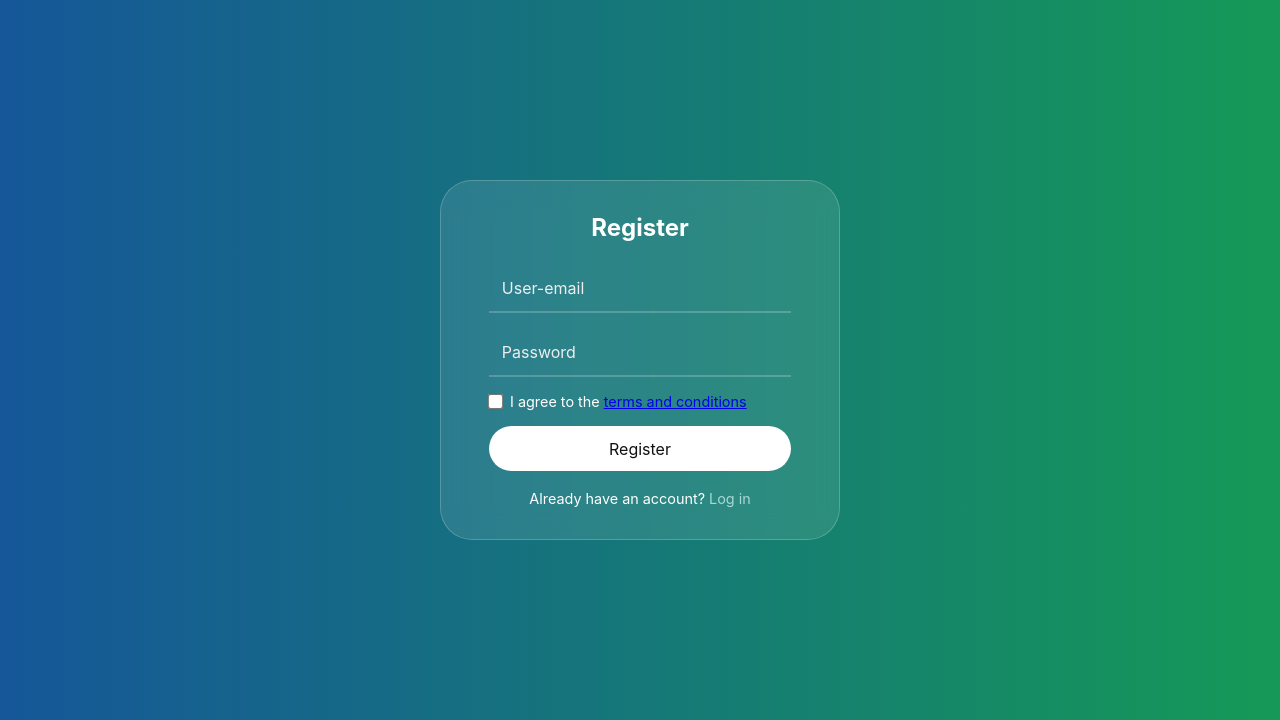
Repository: aakanksha4a/HoneySecure
Page: http://localhost/HoneySecure/reg.jsp
An editor plug-in stored every save of this project. The page is shown before and after the next save, followed by the edit.
The browser window is 1280 px wide. The pictures show the whole page.
Some web fonts or font styles are not loaded; a fallback is used. The page is served by Tomcat 10.

Above is the page before, as saved 2025-04-25 17:24:53.

After the next save:
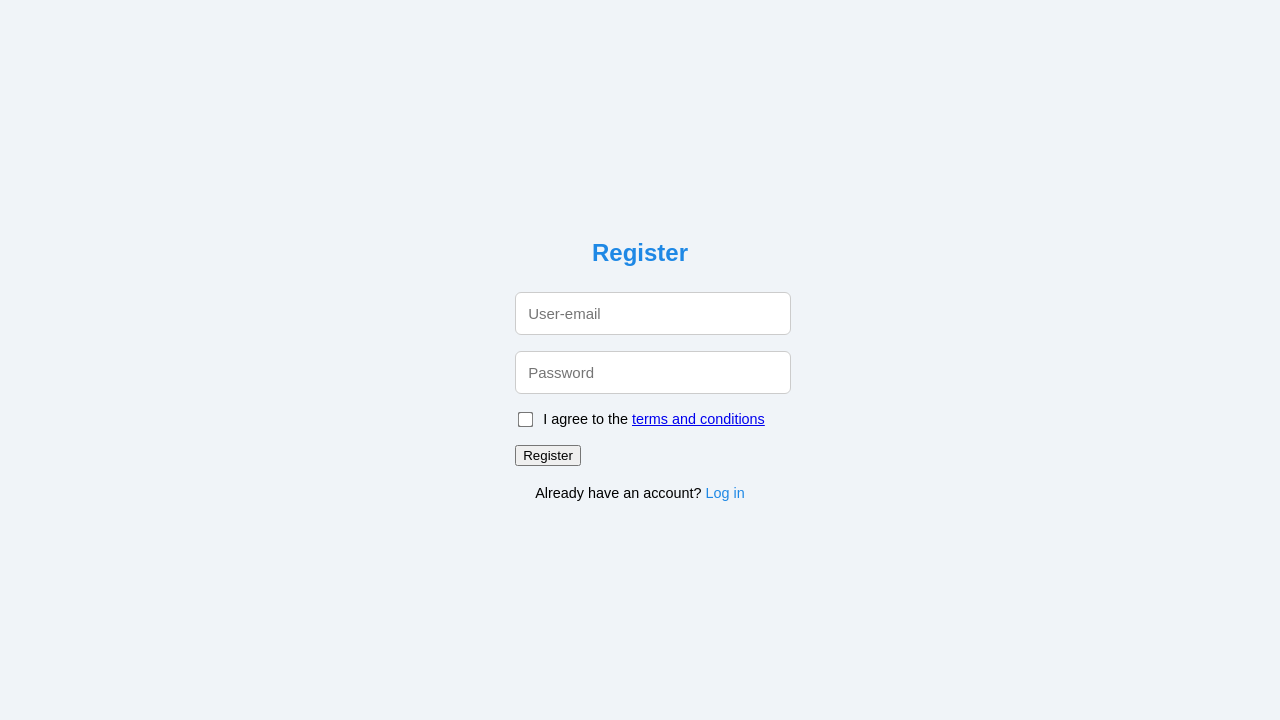
Saved 3 min 10 s later.
--- a/HoneySecure/src/main/webapp/reg.jsp
+++ b/HoneySecure/src/main/webapp/reg.jsp
@@ -6,46 +6,36 @@
   <meta charset="UTF-8" />
   <meta name="viewport" content="width=device-width, initial-scale=1.0"/>
   <title>Register</title>
+  <link href="https://fonts.googleapis.com/css2?family=Rajdhani:wght@500&display=swap" rel="stylesheet">
   <style>
-    :root {
-      --clr-bg: linear-gradient(to right, #155799, #159957);
-      --clr-container: rgba(255, 255, 255, 0.1);
-      --clr-border: rgba(255, 255, 255, 0.2);
-      --clr-text: #fff;
-      --clr-placeholder: #eee;
-      --clr-btn: #fff;
-      --clr-btn-text: #111;
-      --clr-btn-hover: #fff;
+    body {
+      margin: 0;
+      padding: 0;
+      font-family: 'Rajdhani', sans-serif;
+      background: #f0f4f8;
+      height: 100vh;
+      display: flex;
+      justify-content: center;
+      align-items: center;
+      animation: fadeIn 0.6s ease-in;
+      position: relative;
     }
 
-    * {
-      margin: 0;
-      padding: 0;
-      box-sizing: border-box;
-      font-family: "Inter", sans-serif;
-    }
-
-    body {
-      background: var(--clr-bg);
-      min-height: 100vh;
-      display: flex;
-      align-items: center;
-      justify-content: center;
-      color: var(--clr-text);
-    }
-
-    .register-box {
-      background: var(--clr-container);
-      border: 1px solid var(--clr-border);
-      backdrop-filter: blur(15px);
-      border-radius: 2rem;
-      padding: 2rem 3rem;
-      width: min(90%, 400px);
+    .container {
+      background-color: #ffffff;
+      padding: 40px 35px;
+      border-radius: 14px;
+      border: 1px solid #d0d7de;
+      box-shadow: 0 8px 25px rgba(0, 0, 0, 0.1);
+      width: 400px;
+      animation: slideUp 0.5s ease-out;
     }
 
     h2 {
       text-align: center;
-      margin-bottom: 1.5rem;
+      margin-bottom: 25px;
+      color: #1e88e5;
+      font-size: 24px;
     }
 
     .form-group {
@@ -56,17 +46,17 @@
     input[type="email"],
     input[type="password"] {
       width: 100%;
-      padding: 0.8rem;
-      border: none;
-      border-bottom: 2px solid var(--clr-border);
-      background: transparent;
-      color: var(--clr-text);
-      font-size: 1rem;
-      outline: none;
+      padding: 12px;
+      border: 1px solid #ccc;
+      border-radius: 6px;
+      font-size: 15px;
+      transition: 0.3s;
     }
 
-    input::placeholder {
-      color: var(--clr-placeholder);
+    input:focus {
+      border-color: #1e88e5;
+      box-shadow: 0 0 8px rgba(30, 136, 229, 0.2);
+      outline: none;
     }
 
     .form-check {
@@ -81,22 +71,23 @@
       transform: scale(1.2);
     }
 
-    .btn-submit {
-      background: var(--clr-btn);
-      color: var(--clr-btn-text);
-      padding: 0.8rem;
+    input[type="submit"] {
       width: 100%;
+      padding: 12px;
+      background-color: #1e88e5;
+      color: white;
       border: none;
-      border-radius: 30px;
-      font-size: 1rem;
+      border-radius: 25px;
+      font-size: 16px;
+      font-weight: bold;
       cursor: pointer;
-      transition: 0.3s ease;
+      transition: background-color 0.3s ease, transform 0.2s ease;
+      margin-top: 5px;
     }
 
-    .btn-submit:hover {
-      background: transparent;
-      color: var(--clr-btn-hover);
-      border: 2px solid var(--clr-btn-hover);
+    input[type="submit"]:hover {
+      background-color: #1565c0;
+      transform: scale(1.04);
     }
 
     .form-footer {
@@ -106,12 +97,23 @@
     }
 
     .form-footer a {
-      color: #aad8d3;
+      color: #1e88e5;
       text-decoration: none;
     }
 
     .form-footer a:hover {
+      color: #0d47a1;
       text-decoration: underline;
+    }
+
+    @keyframes fadeIn {
+      from { opacity: 0; }
+      to { opacity: 1; }
+    }
+
+    @keyframes slideUp {
+      from { transform: translateY(40px); opacity: 0; }
+      to { transform: translateY(0); opacity: 1; }
     }
   </style>
 </head>
